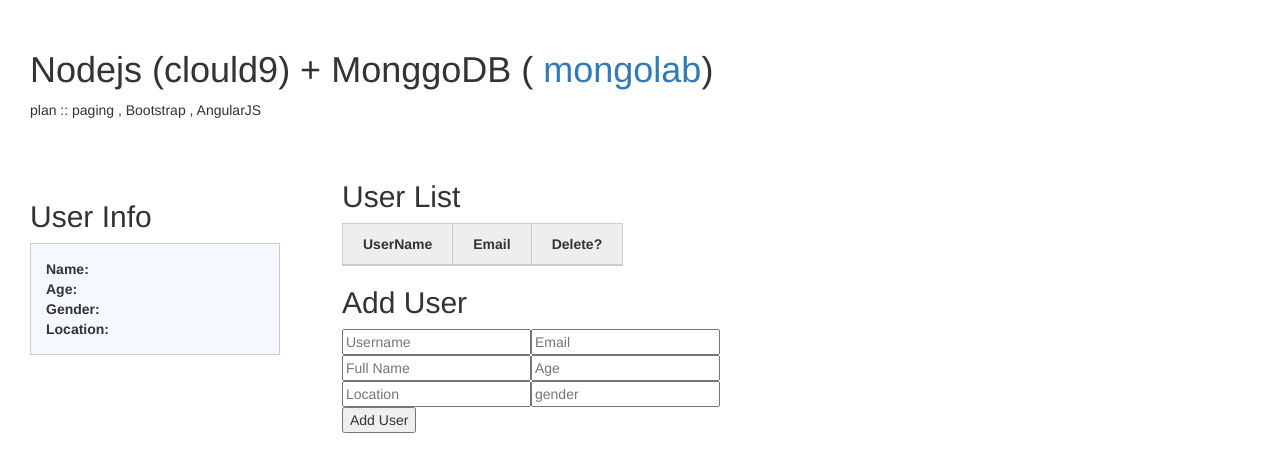
Repository: SeungHyunChoi/choish777
Page: http://localhost/
The author's editor kept a record of every edit. The page is drawn from the files as they stood at one moment, then again after the next edit.
The browser window is 1280 px wide. The pictures show the whole page.
The page is served by the project's Node server (app.js). Other server files are loaded and not shown. Queries for data that is not in the repository find no rows.

Above is the page before.
Console error: ReferenceError: shwo is not defined

### workspace/views/index.jade
extends layout


block content
    h1= title
    h1 Nodejs (clould9) + MonggoDB ( <a href="https://mongolab.com/" target="_new">mongolab</a>)
    div plan :: paging , Bootstrap , AngularJS
    br
    br
    // Wrapper
    #wrapper

        // USER INFO
        #userInfo
            h2 User Info
            p
                strong Name:
                |  <span id='userInfoName'>#{userInfoName}</span>
                br
                strong Age:
                |  <span id='userInfoAge'>#{userInfoAge}</span>
                br
                strong Gender:
                |  <span id='userInfoGender'>#{userInfoGender}</span>
                br
                strong Location:
                |  <span id='userInfoLocation'>#{userInfoLocation}</span>
        // /USER INFO
        // USER LIST
        h2 User List

        #userList
            table
                thead
                    th UserName
                    th Email
                    th Delete?
                tr
                    each user, i in userlist
                       td
                           a(href="#" , class="linkshowuser" ,rel="#{user._id}" )= user.username
                       td
                           = user.email
                       td
                           a(href="#" ,class="linkdeleteuser" , rel="#{user._id}")= user._id
                       td
                           = user.regdt
                               tr

            <div id="test" style="display:none">#{paging}</div>
            <div id="pagingBst">
        // /USER LIST
        // ADD USER
        h2 Add User
        #addUser
            fieldset
                input#inputUserName(type='text', placeholder='Username')
                input#inputUserEmail(type='text', placeholder='Email')
                br
                input#inputUserFullname(type='text', placeholder='Full Name')
                input#inputUserAge(type='text', placeholder='Age')
                br
                input#inputUserLocation(type='text', placeholder='Location')
                input#inputUserGender(type='text', placeholder='gender')
                br
                button#btnAddUser Add User
        // /ADD USER
        //paging
    // /WRAPPER

### workspace/views/layout.jade
doctype html
html
    head
        title= title
        link(rel='stylesheet', href='/stylesheets/style.css')
        link(rel='stylesheet', href='https://maxcdn.bootstrapcdn.com/bootstrap/3.3.4/css/bootstrap.min.css')
    body
        block content
        script(src='http://code.jquery.com/jquery-latest.min.js')
        script(src='/javascripts/global.js')
        script(src='https://maxcdn.bootstrapcdn.com/bootstrap/3.3.4/js/bootstrap.min.js')

### workspace/app.js
var express = require('express');
var path = require('path');
var favicon = require('serve-favicon');
var logger = require('morgan');
var cookieParser = require('cookie-parser');
var bodyParser = require('body-parser');

// New Code
var mongo = require('mongodb');
var monk = require('monk');
var db = monk('mongodb://choish777:asdqwe12@ds047008.mongolab.com:47008/cshdb');


var routes = require('./routes/index');
var users = require('./routes/users');

var app = express();

// view engine setup
app.set('views', path.join(__dirname, 'views'));
app.set('view engine', 'jade');

// uncomment after placing your favicon in /public
//app.use(favicon(__dirname + '/public/favicon.ico'));
app.use(logger('dev'));
app.use(bodyParser.json());
app.use(bodyParser.urlencoded({ extended: false }));
app.use(cookieParser());
app.use(express.static(path.join(__dirname, 'public')));

// Make our db accessible to our router
app.use(function(req,res,next){
    req.db = db;
    next();
});

app.use('/', routes);
app.use('/users', users);

// catch 404 and forward to error handler
app.use(function(req, res, next) {
  var err = new Error('Not Found');
  err.status = 404;
  next(err);
});

// error handlers

// development error handler
// will print stacktrace
if (app.get('env') === 'development') {
  app.use(function(err, req, res, next) {
    res.status(err.status || 500);
    res.render('error', {
      message: err.message,
      error: err
    });
  });
}

// production error handler
// no stacktraces leaked to user
app.use(function(err, req, res, next) {
  res.status(err.status || 500);
  res.render('error', {
    message: err.message,
    error: {}
  });
});


module.exports = app;

### workspace/routes/index.js
var express = require('express');
var router = express.Router();
var pagination = require('pagination');
var querystring = require("querystring");
var url = require("url");

function TodayNewDate(){
    var newDate = new Date();
    var dateString = "";
    var tz = newDate.getTime() + (newDate.getTimezoneOffset() * 60000) + (9 * 3600000);
    newDate.setTime(tz);

    dateString += newDate.getFullYear()+ "-";
    dateString += NewDateZero((newDate.getMonth() + 1)) + "-";
    dateString += NewDateZero(newDate.getDate()) + " ";
    dateString += NewDateZero(newDate.getHours()) + ":";
    dateString += NewDateZero(newDate.getMinutes()) + ":";
    dateString += NewDateZero(newDate.getSeconds());

    return dateString;
}

function NewDateZero(v){
    var date ="";
    if(parseInt(v) > 9){
        date = v;
    }else{
        date = '0' + v;
    }
    return date;
}


/* GET home page. */
router.get('/', function(req, res) {
    var db = req.db;
    console.log('page = > '+req.query.page);
    var pageNum = querystring.parse(req.url)['/?page'];

 //   console.log(req.connection.remoteAddress);
 console.log(TodayNewDate());
    var collection = db.get('cshcollection');
    collection.find({},{},function(e,docs){
        res.render('index', {
            userlist : docs,
         });
    });
});

/* GET Hello World page. */
router.get('/helloworld', function(req, res) {
	res.render('helloworld', { title: 'Hello, World!' });
});


/* GET New User page. */
router.get('/newuser', function(req, res) {
    res.render('newuser', { title: 'Add New User' });
});


/* POST to Add User Service */
router.post('/adduser', function(req, res) {

    // Set our internal DB variable
    var db = req.db;

    // Get our form values. These rely on the "name" attributes
    var userName = req.body.username;
    var userEmail = req.body.useremail;
    var userFullname = req.body.UserFullname;
    var userAge = req.body.UserAge;
    var userLocation = req.body.UserLocation;
    var gender = req.body.Gender;


    // Set our collection
    var collection = db.get('cshcollection');

    // Submit to the DB
    collection.insert({
        "username" : userName,
        "email" : userEmail,
        "fullname" :userFullname,
        "userAge" : userAge,
        "userLocation" :userLocation,
        "gender" :gender,
        "regdt" : TodayNewDate()
    }, function (err, doc) {
        if (err) {
            // If it failed, return error
            res.send("There was a problem adding the information to the database.");
        }
        else {
            // If it worked, set the header so the address bar doesn't still say /adduser
            res.location("/");
            // And forward to success page
            res.redirect("/");
        }
    });
});


/*
 * DELETE to deleteuser.
 */
router.post('/deleteuser/:id', function(req, res) {
    var db = req.db;
    var userToDelete = req.params.id;
    console.log(userToDelete);

    var collection = db.get('cshcollection');
    // Submit to the DB
    collection.remove({
        "_id" : userToDelete
    }, function (err, doc) {
        if (err) {
            // If it failed, return error
            res.send("There was a problem adding the information to the database.");
        }
        else {
            // If it worked, set the header so the address bar doesn't still say /adduser
            res.location("/");
            // And forward to success page
            res.redirect("/");
        }
    });

});


/*
 * show user list
 */
router.post('/userlist/:id', function(req, res) {
    var db = req.db;
    var userToDelete = req.params.id;
  //  console.log(userToDelete);

    var collection = db.get('cshcollection');
    // Submit to the DB

    collection.find({
        "_id" : userToDelete
    }, function (err, doc) {
              //  console.log(doc);
              //console.log(JSON.stringify(doc));
        if (err) {
            // If it failed, return error
            res.send("There was a problem adding the information to the database.");
        }
        else {
            res.writeHead(200, { 'Content-Type': 'application/json' });
            res.end(JSON.stringify(doc));
        }
    });

});

module.exports = router;

### workspace/public/stylesheets/style.css
body {
  padding: 30px;
  font: 14px "Lucida Grande", Helvetica, Arial, sans-serif;
}

h2 {
	margin:0 0 .5em 0;
}

a {
  color: #00B7FF;
}


#wrapper {
	padding-left:312px;
	position:relative;
}

#userList {
	margin:0 0 30px 0;
}
	#userList table {
		border-collapse:separate;
		border-spacing:1px;
		background:#CCC;
	}
		#userList table th {
			background:#EEE;
			font-weight:600;
			padding:10px 20px;
			text-align:center;
		}
		#userList table tbody {
			padding:0; margin:0;
			border-collapse:collapse;
			border-spacing:0px;
		}
			#userList table td {
				background:#FFF;
				padding:5px 10px;
				text-align:center;
			}

#userInfo {
	width:250px;
	position:absolute;
	top:0; left:0;
}
	#userInfo p {
		padding:15px;
		border:1px solid #CCC;
		background:rgba(80,120,255,0.05);
	}

fieldset {
	border:0;
	padding:0; margin:0;
}

### workspace/public/javascripts/global.js
// Userlist data array for filling in info box
var userListData = [];

// DOM Ready =============================================================
$(document).ready(function() {
    // Populate the user table on initial page load
   // populateTable();

    // Username link click
    $('#userList table tbody').on('click', 'td a.linkshowuser', showUserInfo);

    // Add User button click
    $('#btnAddUser').on('click', addUser);

    // Delete User link click
    $('#userList table tbody').on('click','td a.linkdeleteuser', deleteUser);


    // $('#pagingBst').html(paging.textContent);
    // $('#pagingBst').html(paging.innerHTML);
    // $('#pagingBst').text(paging.innerHTML);

    shwo();

 });

// Functions =============================================================

 function populateTable() {
// Empty content string
var tableContent = '';

// jQuery AJAX call for JSON

$.getJSON( '/userlist', function( data ) {

// Stick our user data array into a userlist variable in the global object
userListData = data;
$("#userList tbody tr").remove();

var tbody = $("#userList tbody:last");

// For each item in our JSON, add a table row and cells to the content string

$.each(data, function(){
tbody.append($('<tr>')

.append($('<td>')

.append($('')

.attr('href', '#')

.data('user', this)

.text(this.username)

.click(showUserInfo)

)

)

.append($('<td>')

.append($('')

.text(this.email)

)

)

.append($('<td>')

.append($('')

.attr('href', '#')

.data('user', this)

.text('delete')

.click(deleteUser)

)

)

);

});





// Add User button click

$('#btnAddUser').off().on('click', addUser);



});

};


// Add User
function addUser(event) {
    event.preventDefault();
     // Super basic validation - increase errorCount variable if any fields are blank
    var errorCount = 0;
    $('#addUser input').each(function(index, val) {
        if($(this).val() === '') { errorCount++; }
    });

    // Check and make sure errorCount's still at zero
    if(errorCount === 0) {

        // If it is, compile all user info into one object
        var newUser = {
            'username': $('#addUser fieldset input#inputUserName').val(),
            'useremail': $('#addUser fieldset input#inputUserEmail').val(),
            'UserFullname': $('#addUser fieldset input#inputUserFullname').val(),
            'UserAge': $('#addUser fieldset input#inputUserAge').val(),
            'UserLocation': $('#addUser fieldset input#inputUserLocation').val(),
            'Gender': $('#addUser fieldset input#inputUserGender').val()

        }

        $.ajax({
            type : "post" //"POST", "GET"
            , data : newUser
            , url : '/adduser/'
            , contentType: "application/x-www-form-urlencoded; charset=UTF-8"
            , error : function(request, status, error) {
             //통신 에러 발생시 처리
             alert(error.message + '에러 발생' );
             }
            , success : function(response, status, request) {
             //통신 성공시 처리
             alert('Success insert');
            }
            , beforeSend: function() {
             //통신을 시작할때 처리
             //alert('시작합니다.');
            }
            , complete: function() {
             //통신이 완료된 후 처리
            document.location.reload();
            }
        });
    }
    else {
        // If errorCount is more than 0, error out
        alert('Please fill in all fields');
        return false;
    }
};

// Delete User
function deleteUser(event) {

    event.preventDefault();
     // Pop up a confirmation dialog
    var confirmation = confirm('Are you sure you want to delete this user?');

    // Check and make sure the user confirmed
    if (confirmation === true) {

        // If they did, do our delete
       /* $.ajax({
            type: 'post',
            url: '/deleteuser/' + $(this).attr('rel')
        }).success(function( response ) {
             // Check for a successful (blank) response
            if (response.msg === '') {
                alert('Error: ' + response.msg);
            }
            else {
                alert('Error: ' + response.msg);
            }

            // Update the table
//            populateTable();
               document.location.reload();
        });
*/

                $.ajax({
                    type : "post" //"POST", "GET"
                    , async : true //true, false
                    , url : '/deleteuser/' + $(this).attr('rel')
                    , contentType: "application/x-www-form-urlencoded; charset=UTF-8"
                    , error : function(request, status, error) {
                     //통신 에러 발생시 처리
                     alert("잠시후 다시 시도해 주세요.");
                    }
                    , success : function(response, status, request) {
                     //통신 성공시 처리
                      alert('Success delete');
                    }
                    , beforeSend: function() {
                     //통신을 시작할때 처리
                     //alert('시작합니다.');
                    }
                    , complete: function() {
                     //통신이 완료된 후 처리
                    document.location.reload();

                    }
                });


    }
    else {

        // If they said no to the confirm, do nothing
        return false;

    }



};


// Show User Info
function showUserInfo(event) {

    // Prevent Link from Firing
    event.preventDefault();

        $.ajax({
            type : "post" //"POST", "GET"
            , async : true //true, false
            , url : '/userlist/' + $(this).attr('rel')
            , dataType: "json"
            , contentType: "application/x-www-form-urlencoded; charset=UTF-8"
            , error : function(request, status, error) {
             //통신 에러 발생시 처리
             alert(error.message + '에러 발생' );
             }
            , success : function(response, status, request) {
             //통신 성공시 처리
                $.each(response, function(index, element) {
                    $('#userInfoName').text(element.fullname);
                    $('#userInfoAge').text(element.userAge);
                    $('#userInfoGender').text(element.gender);
                    $('#userInfoLocation').text(element.userLocation);
                });

            }
            , beforeSend: function() {
             //통신을 시작할때 처리
             //alert('시작합니다.');
            }
            , complete: function() {
             //통신이 완료된 후 처리
//            document.location.reload();
            }
        });
};

After the next edit:
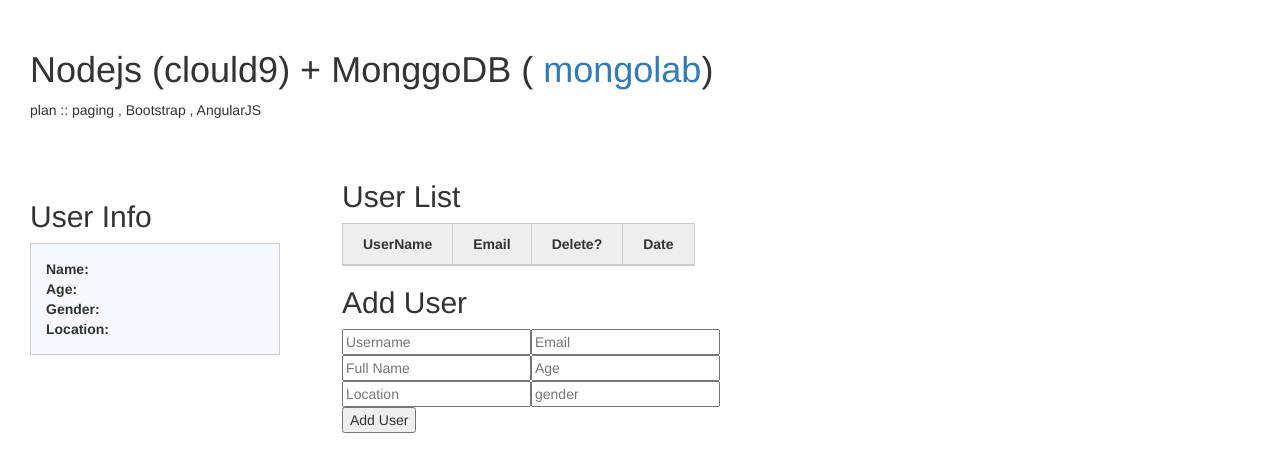
The edit:
--- a/workspace/views/index.jade
+++ b/workspace/views/index.jade
@@ -35,6 +35,7 @@
                     th UserName
                     th Email
                     th Delete?
+                    th Date
                 tr
                     each user, i in userlist
                        td
